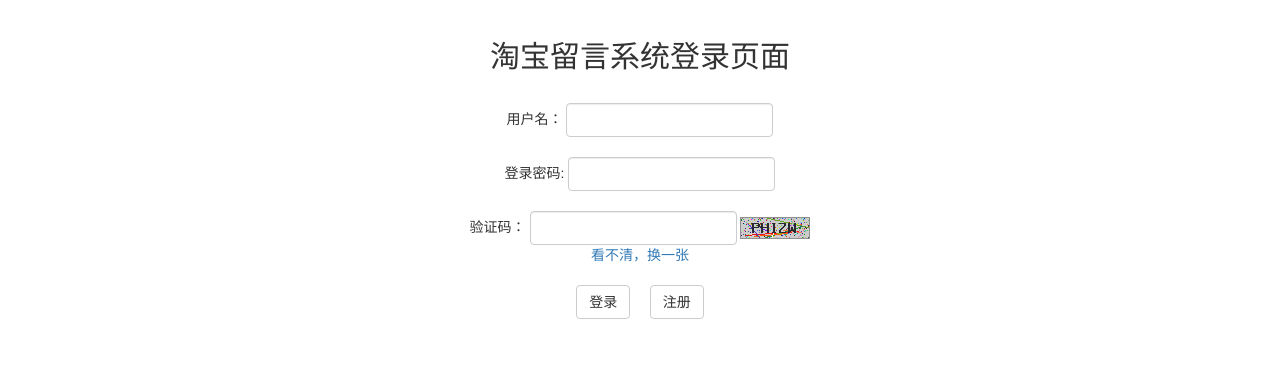
Repository: suxiaohutot/PHP
Page: http://localhost/dengluhtml.php
These files come from the project's save history. The page is drawn as it stood at one moment and after the next save; the edit follows.
The browser window is 1280 px wide. The pictures show the whole page.
The page is run by PHP 8.4 with error messages shown; the project is at /var/www/html/.

Above is the page before, as saved 2019-11-05 07:22:30.

After the next save:
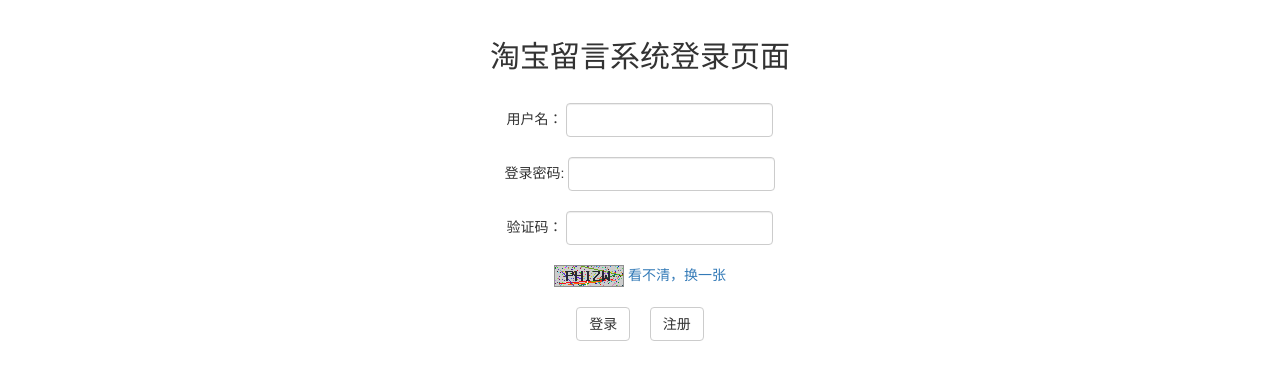
Saved 26 s later.
--- a/test/dengluhtml.php
+++ b/test/dengluhtml.php
@@ -18,8 +18,8 @@
         	登录密码:
             <input type="password" name="password" size="20" maxlength="15" class="form-control"><br><br>
     		验证码：
-			<input type="text" name="captcha"  class="form-control"/>
-			<img src="./test4/code.php" alt="" id="code_img" />  <br>
+			<input type="text" name="captcha"  class="form-control"/><br><br>
+			<img src="./test4/code.php" alt="" id="code_img" />
 			<a href="#" id="change">看不清，换一张</a>
 
 			<br><br>
